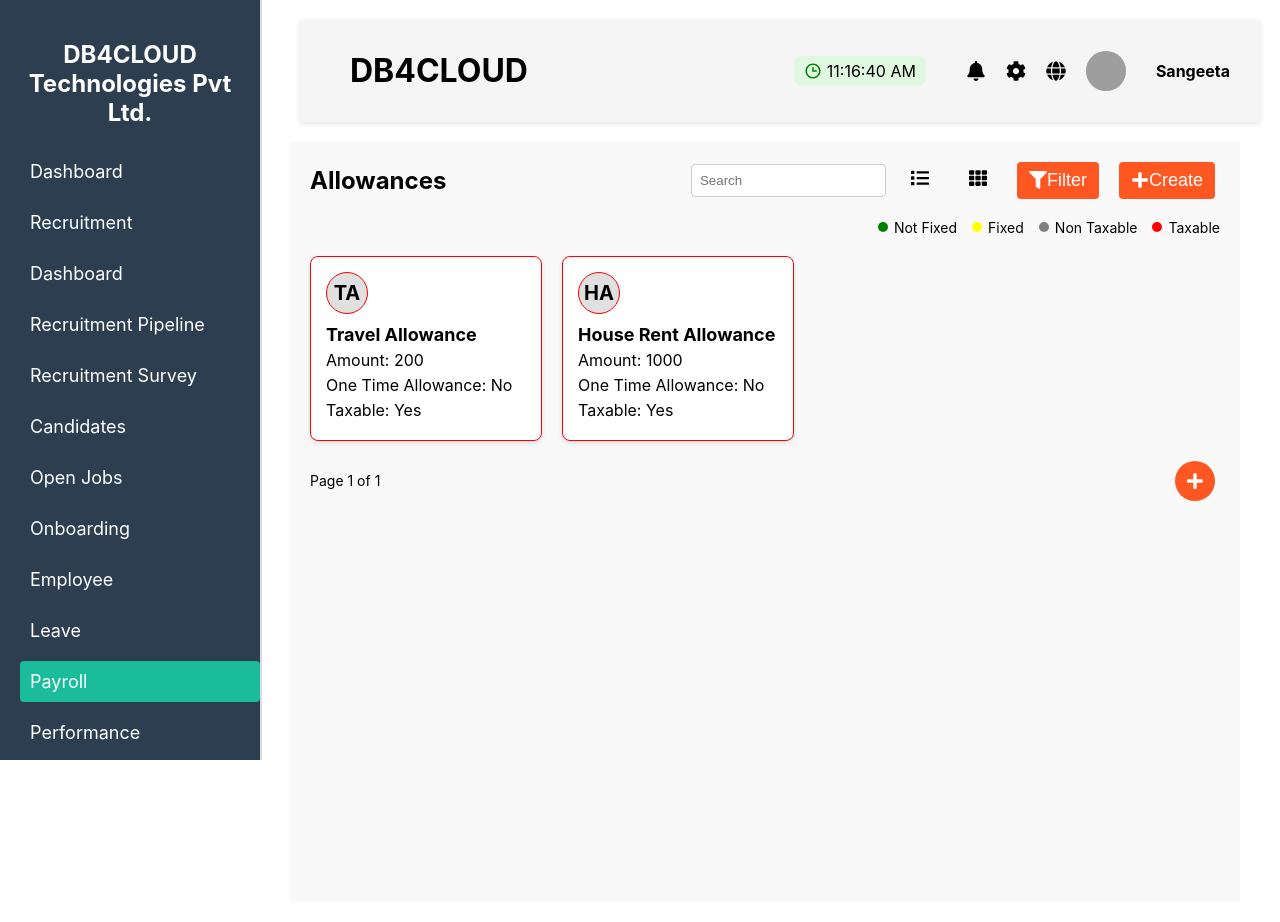
Repository: tinu-ns/Dev-code
Page: /payroll/allowances (app in HRMS-DEMO-Sang/hrms/)
The author's editor kept a copy of each file at every save. The page is drawn from the files as they stood at one save, then again after the next save.
The browser window is 1280 px wide. The pictures show the whole page.
Pictures or frames that could not be fetched are drawn as grey boxes. The project was rebuilt for these pictures with package versions that can differ from the ones it lists, and the page was loaded fresh each time. Also part of the build but not shown: HRMS-DEMO-Sang/hrms/src/components/Dashboard.js, HRMS-DEMO-Sang/hrms/src/components/Recruitment/RecruitmentDashboard.js, HRMS-DEMO-Sang/hrms/src/components/Recruitment/RecruitmentPipeline.js, HRMS-DEMO-Sang/hrms/src/components/Payroll/Contract.js, HRMS-DEMO-Sang/hrms/src/components/Payroll/Deductions.js, HRMS-DEMO-Sang/hrms/src/components/Payroll/Payslips.js, HRMS-DEMO-Sang/hrms/src/components/Payroll/PayrollDashboard.js, HRMS-DEMO-Sang/hrms/src/components/MainContent.css and 3 more.

Above is the page before, as saved 2024-11-06 16:34:56.

### HRMS-DEMO-Sang/hrms/src/App.js
import React from 'react';
import { BrowserRouter as Router, Route, Routes, Navigate } from 'react-router-dom';
import Sidebar from './components/Sidebar';
import Dashboard from './components/Dashboard';
import RecruitmentDashboard from './components/Recruitment/RecruitmentDashboard';
import RecruitmentPipeline from './components/Recruitment/RecruitmentPipeline';
import Allowances from './components/Payroll/Allowances';
import Contract from './components/Payroll/Contract';
import Deductions from './components/Payroll/Deductions';
import Payslips from './components/Payroll/Payslips';
import PayrollDashboard from './components/Payroll/PayrollDashboard';
import Header from './components/Header';
import MainContent from './components/MainContent';
import RightSidebar from './components/RightSidebar';

import './App.css';

function App() {
  return (
    <Router>
      <div className="app">
        <Sidebar />
        <div className="content-container">
          <Header />
          <div className="main-section">
            <Routes>
              {/* Main Dashboard Route */}
              <Route path="/" element={<><MainContent /><RightSidebar /></>} />
              <Route path="/dashboard" element={<Dashboard />} />

              {/* Recruitment Section */}
              <Route path="/recruitment/dashboard" element={<RecruitmentDashboard />} />
              <Route path="/recruitment/pipeline" element={<RecruitmentPipeline />} />

              {/* Payroll Section Routes */}
              <Route path="/payroll/payroll-dashboard" element={<PayrollDashboard />} />
              <Route path="/payroll/allowances" element={<Allowances />} />
              <Route path="/payroll/contract" element={<Contract />} />
              <Route path="/payroll/deductions" element={<Deductions />} />
              <Route path="/payroll/payslips" element={<Payslips />} />

              {/* Redirect unknown routes to main dashboard */}
              <Route path="*" element={<Navigate to="/" />} />
            </Routes>
          </div>
        </div>
      </div>
    </Router>
  );
}

export default App;

### HRMS-DEMO-Sang/hrms/src/components/Sidebar.js
import React, {useState} from "react";
import { NavLink } from "react-router-dom";

import "./Sidebar.css"
const Sidebar = () => {
  const [isPayrollOpen, setIsPayrollOpen] = useState(false);
  const togglePayrollMenu = () => {
    setIsPayrollOpen(!isPayrollOpen);
  };


  return (
    <div className="container">
    <div className="sidebar">
      <h2>DB4CLOUD Technologies Pvt Ltd.</h2>
      <ul className="sidebar-list">
      <li>
          <NavLink to="/dashboard" activeClassName="active">
            Dashboard
          </NavLink>
        </li>
        <li>
          <NavLink to="/recruitment" activeClassName="active">
            Recruitment
          </NavLink>
          <ul>
            <li><NavLink to="/recruitment/dashboard">Dashboard</NavLink></li>
            <li><NavLink to="/recruitment/pipeline">Recruitment Pipeline</NavLink></li>
            <li><NavLink to="/recruitment/survey">Recruitment Survey</NavLink></li>
            <li><NavLink to="/recruitment/candidates">Candidates</NavLink></li>
            <li><NavLink to="/recruitment/open-jobs">Open Jobs</NavLink></li>
          </ul>
        </li>
        {/* Add more items as needed */}
        <li>
          <NavLink to="/onboarding" activeClassName="active">
            Onboarding
          </NavLink>
        </li>
        <li>
          <NavLink to="/employee" activeClassName="active">
            Employee
          </NavLink>
        </li>
        <li>
          <NavLink to="/leave" activeClassName="active">
            Leave
          </NavLink>
        </li>
            {/* Payroll section */}
        <li>
          <NavLink to="/payroll" activeClassName="active" className="menu-toggle" onClick={togglePayrollMenu}>
            Payroll
          </NavLink>

          {isPayrollOpen && (
            <ul className="submenu">
              <li><NavLink to="/payroll/payroll-dashboard">Dashboard</NavLink></li>
              <li><NavLink to="/payroll/allowances">Allowances</NavLink></li>
              <li><NavLink to="/payroll/contract">Contracts</NavLink></li>
              <li><NavLink to="/payroll/deductions">Deductions</NavLink></li>
              <li><NavLink to="/payroll/payslips">Payslips</NavLink></li>
              <li><NavLink to="/payroll/payroll">Payroll</NavLink></li>
              <li><NavLink to="/payroll/loan-advance-salary">Loan / Advance Salary</NavLink></li>
              <li><NavLink to="/payroll/encashments-reimbursements">Encashments & Reimbursements</NavLink></li>
              <li><NavLink to="/payroll/federal-tax">Federal Tax</NavLink></li>
            </ul>
          )}
        </li>
        <li>
          <NavLink to="/performance" activeClassName="active">
            Performance
          </NavLink>
        </li>
        <li>
          <NavLink to="/offboarding" activeClassName="active">
            Offboarding
          </NavLink>
        </li>
        <li>
          <NavLink to="/assets" activeClassName="active">
            Assets
          </NavLink>
        </li>
        <li>
          <NavLink to="/help-desk" activeClassName="active">
            Help Desk
          </NavLink>
        </li>
        <li>
          <NavLink to="/configuration" activeClassName="active">
            Configuration
          </NavLink>
        </li>
      </ul>
    </div>

    </div>
  );
};

export default Sidebar;

### HRMS-DEMO-Sang/hrms/src/components/Header.js
import React, {useState,useEffect} from 'react'
import {FaBell, FaCog, FaGlobe, FaSignOutAlt} from 'react-icons/fa'
import {BiTime} from 'react-icons/bi'
import './Header.css'

const Header = () => {
    const [currentTime, setCurrentTime] = useState('')
    const [showDropdown, setShowDropdown] = useState(false);

    const getCurrentTime = () => {
        const now = new Date()
        return now.toLocaleTimeString()   // Returns time as HH:MM:SS
    }

// Update time every second
useEffect(() => {
    const timer = setInterval(() => {
      setCurrentTime(getCurrentTime());
    }, 1000); // Update every 1000ms (1 second)

    // Cleanup interval on component unmount
    return () => clearInterval(timer);
  }, []); // Empty dependency array to run only on mount/unmount


    const toggleDropdown = () => {
        setShowDropdown(!showDropdown)
    }


  return (
    <header className='bg-container'>
      <div className='header'>
        <div className="header-left">
        <button className='menu-button'></button>
        <h1>DB4CLOUD</h1>
        </div>

        <div className="header-right">
          {/*  <p>You cannot mark attendence from this network</p> */}

                {/* Time display*/ }
                <div className="time-box">
                    <BiTime className='time-icon' />
                    <span>{currentTime}</span>
                </div>

                {/*Icons for notificatins, settings, etc. */}
                <FaBell className='icon' title='Notifications' />
                <FaCog className="icon" title="Settings" />
                <FaGlobe className='icon' title='Language' />

                {/* User Profile with dropdown*/ }

                <div className="user-profile" onClick={toggleDropdown}>
                    <div className="user-avatar">
                    < img src="https://th.bing.com/th/id/OIP.Pgv1PargHCECE7gCB5kJ-wHaKx?rs=1&pid=ImgDetMain"
                alt="user-Avatar" className="avatar" />
                    </div>
                    <span className="user-name">Sangeeta</span>

{showDropdown && (
    <div className="dropdown">
        <ul>
            <li>Profile</li>
            <li>Setting</li>
            <li>
                <FaSignOutAlt /> Logout
            </li>
        </ul>
    </div>
)}

</div>

     {  /*      <div className="user-info">
                <span className='user-name'>Shalu</span>
                < img src="https://th.bing.com/th/id/OIP.Pgv1PargHCECE7gCB5kJ-wHaKx?rs=1&pid=ImgDetMain"
                alt="user-Avatar" className="avatar" />
            </div>
            */ }
        </div>


      </div>

    </header>
  )
}

export default Header

### HRMS-DEMO-Sang/hrms/src/App.css
.app{
  display: flex;
  height: 100vh;
  background-color: #f4f4f4;
}

.content-container{
  flex-grow: 1;
  padding: 20px;
  background-color: #fff;
  margin-left: 200px;
  display: flex;
  flex-direction: column;

}

.main-section{
  display: flex;
  justify-content: space-between;
  padding: 20px;
}


.sidebar {
  width: 220px;
  background-color: #2c3e50;
  position: fixed;
  height: 100vh;
}

### HRMS-DEMO-Sang/hrms/src/components/Sidebar.css
 .container{
    display: flex;
    height: 100vh;
    margin-right: 50px;
}

/*
.content{
    flex-grow: 1;
    padding: 20px;
    padding-left: 50px;

}  */

.sidebar {
    width: 220px;
    height: 100vh;
    background-color: #503f2c;
    padding: 20px;
    color: white;
    height: 100vh;
    position: fixed;
    border-right: 2px solid #ddd;
    overflow-y: auto;        /* Allows vertical scrolling */
    position: fixed;
    margin-right: 200px;        /* Keeps sidebar fixed on the left side */

  }



  .sidebar h2{
    text-align: center;
    margin-bottom: 30px;
    font-size: 24px;
  }

  .sidebar-list{
    list-style-type: none;
    padding: 0;
  }


  .sidebar-list li{
    margin-bottom: 15px;
  }

  .sidebar-list li a {
    color: white;
    text-decoration: none;
    font-size: 18px;
    padding: 10px;
    border-radius: 4px;
    display: block;
  }

  .sidebar-list li a:hover{
    color: #1abc9c;
  }

  .sidebar-list li a.active{
    background-color: #1abc9c;
    color: white;
  }

  .sidebar {
    width: 250px;
    background-color: #2E3A46;
    color: #FFF;
    padding: 20px;
    height: 100vh;
  }

  .sidebar h2 {
    font-size: 1.5em;
    margin-bottom: 1em;
  }

  .sidebar ul {
    list-style: none;
    padding: 0;
  }

  .sidebar li {
    margin: 10px 0;
  }

  .sidebar li ul {
    margin-top: 5px;
  }

  .sidebar a {
    color: #FFF;
    text-decoration: none;
  }

  .sidebar a:hover {
    text-decoration: underline;
  }

  .sidebar a.active {
    color: #20c997;
  }

  .sidebar ul li a:hover, .menu-toggle:hover {
    background-color: #34495e;
  }

  .menu-toggle {
    background: none;
    border: none;
    color: #ecf0f1;
    font-size: 1rem;
    text-align: left;
    cursor: pointer;
    width: 100%;
    padding: 10px;
  }

  .submenu {
    list-style-type: none;
    padding-left: 20px;
  }

  .submenu li a {
    padding-left: 20px;
    font-size: 0.9rem;
  }

### HRMS-DEMO-Sang/hrms/src/components/Recruitment/RecruitmentPipeline.css
.pipeline-container {
    padding: 20px;
    background-color: #f5f5f5;
    border-radius: 8px;
  }

  .pipeline-section {
    margin-top: 20px;
  }

  .pipeline-section h3 {
    background-color: #f8f9fa;
    padding: 10px;
    border-left: 5px solid #ffa500;
  }

  .recruitment-table {
    width: 100%;
    border-collapse: collapse;
  }

  .recruitment-table th,
  .recruitment-table td {
    padding: 10px;
    border-bottom: 1px solid #ddd;
    text-align: left;
  }

  .recruitment-table th {
    background-color: #f1f1f1;
  }

  button {
    padding: 5px 10px;
    margin: 0 5px;
    border: none;
    border-radius: 4px;
    cursor: pointer;
  }

  button:hover {
    background-color: #ddd;
  }

### HRMS-DEMO-Sang/hrms/src/components/Payroll/Allowances.css
.allowances-container {
    padding: 20px;
    background-color: #f9f9f9;
    width: 100%;
    height: 100vh;
  }

  .allowances-header {
    display: flex;
    justify-content: space-between;
    align-items: center;
    margin-bottom: 20px;
  }

  .allowances-header h2 {
    margin: 0;
    font-size: 24px;
  }

  .controls {
    display: flex;
    align-items: center;
    gap: 10px;
  }

  .search-input {
    padding: 8px;
    border: 1px solid #ccc;
    border-radius: 4px;
  }

  .view-toggle, .filter-btn, .create-btn {
    background: none;
    border: none;
    font-size: 18px;
    cursor: pointer;
  }

  .filter-btn, .create-btn {
    display: flex;
    align-items: center;
    padding: 8px 12px;
    background-color: #ff5722;
    color: white;
    border-radius: 4px;
    cursor: pointer;
  }

  .status-indicators {
    display: flex;
    gap: 15px;
    font-size: 14px;
    margin-top: 10px;
    margin-bottom: 20px;
    justify-content: end;
  }

  .dot {
    display: inline-flex;
    align-items: center;
  }

  .dot::before {
    content: '';
    display: inline-block;
    width: 10px;
    height: 10px;
    margin-right: 6px;
    border-radius: 50%;
  }

  .not-fixed::before {
    background-color: green;
  }

  .fixed::before {
    background-color: yellow;
  }

  .non-taxable::before {
    background-color: gray;
  }

  .taxable::before {
    background-color: red;
  }

  .card-view {
    display: flex;
    gap: 20px;
    flex-wrap: wrap;

  }

  .allowance-card {
    background: white;
    border: 1px solid #ddd;
    border-radius: 8px;
    padding: 15px;
    width: 200px;
    box-shadow: 0 2px 5px rgba(0, 0, 0, 0.1);
    border: 1px solid red;
  }

  .card-icon {
    font-size: 20px;
    font-weight: bold;
    background: #e0e0e0;
    width: 40px;
    height: 40px;
    display: flex;
    align-items: center;
    justify-content: center;
    border-radius: 50%;
    margin-bottom: 10px;
    border: 1px solid red;
  }

  .card-content h3 {
    margin: 0;
    font-size: 18px;
  }

  .card-content p {
    margin: 5px 0;
  }

  .list-view {
    background: white;
    border-radius: 8px;
    overflow: hidden;
    box-shadow: 0 2px 5px rgba(0, 0, 0, 0.1);
  }

  table {
    width: 100%;
    border-collapse: collapse;
  }

  table th, table td {
    padding: 12px;
    text-align: left;
    border-bottom: 1px solid #ddd;
  }

  .edit-btn, .delete-btn {
    background: none;
    border: none;
    cursor: pointer;
    font-size: 16px;
    margin-right: 8px;
  }

  .edit-btn {
    color: #007bff;
  }

  .delete-btn {
    color: #ff5722;
  }

  .footer {
    display: flex;
    justify-content: space-between;
    align-items: center;
    padding-top: 20px;
  }

  .footer span {
    font-size: 14px;
  }

  .add-btn {
    background-color: #ff5722;
    color: white;
    font-size: 18px;
    width: 40px;
    height: 40px;
    border: none;
    border-radius: 50%;
    display: flex;
    align-items: center;
    justify-content: center;
    cursor: pointer;
  }

### HRMS-DEMO-Sang/hrms/src/components/Payroll/PayrollDashboard.css
/* PayrollDashboard.css */
.payroll-dashboard {
  padding: 20px;
}

.status-containers {
  display: flex;
  justify-content: space-between;
  margin-bottom: 20px;
}

.status-container {
  background-color: #f0f0f0;
  border: 1px solid #ccc;
  padding: 10px;
  text-align: center;
  width: 18%;
}

.paid {
  background-color: #d4edda;
}
.confirmed {
  background-color: #cce5ff;
}
.review {
  background-color: #fff3cd;
}
.draft {
  background-color: #f8d7da;
}


.export-buttons {
  display: flex;
  gap: 10px;
  padding: 10px;
  text-align: center;
  cursor: pointer;
  width: 100px;


}

.export{
    color: #28a745;
    font-size: 15px;
    padding: 10px 15px;
    font-weight: 700;
    cursor: pointer;
    font-size: 15px;
    background-color:  #e3e8eb;
    border-radius: 5px;
    border: none;
}

.export:hover {
    background-color: rgb(152, 225, 152);
  }

.export-form {
  margin-top: 20px;
  border: 1px solid #ccc;
  padding: 20px;
  background-color: #f9f9f9;
  border: 1px solid #ccc;
  border-radius: 5px;
  width: 40%;
  display: flex;
  flex-direction: column;
  box-shadow: 0px 4px 8px rgba(0, 0, 0, 0.1);
}

.form-row {
    display: flex;
    gap: 20px;
    margin-bottom: 10px;
  }

  .form-group {
    display: flex;
    flex-direction: column;
    flex: 1;
  }

  .form-group label {
    margin-bottom: 5px;
    font-size: 14px;
    color: #333;
    font-weight: bold;
  }

.export-form label {
  display: block;
  margin-bottom: 10px;
}

.export-form input,
.export-form select {
    padding: 8px;
  border: 1px solid #ccc;
  border-radius: 5px;
}

.export-form button {
  margin-top: 10px;
  padding: 10px;
  background-color: #28a745;
  color: white;
  border: none;
  cursor: pointer;
}

.submit-button:hover {
    background-color: #218838;
  }

.status {
  display: flex;
  justify-content: space-around;
  gap: 20px;
}

.status-item {
  background-color: #f5f5f5;
  padding: 20px;
  width: 200px;
  text-align: center;
  border-radius: 8px;
  margin-bottom: 20px;
  box-shadow: 0px 4px 8px rgba(0, 0, 0, 0.1);
  border-top: 1px solid green;
}

.row-container {
  display: flex;
  align-items: center;
  justify-content: space-between; /* Space between calendar and export button */
  margin-bottom: 20px;
  background-color: #d4edda;
  text-align: center;
  align-self: center;


}

.calendar-container {
    margin-bottom: 20px;
  }


.date-selector {
  display: flex;
  flex-direction: row;
  padding: 10px;
}

.date-selector label {
  font-size: 14px;
  margin-bottom: 5px;
  margin-right: 10px;
  color: rgb(121, 5, 5);
  font-weight: bold;
  text-align: center;
}

.date-selector input[type="month"] {
  padding: 5px;
  border: 1px solid #ccc;
  border-radius: 5px;
  box-shadow: 0px 4px 8px rgba(0, 0, 0, 0.1);
}

.dashboard-content {
  display: grid;
  grid-template-columns: 1fr 1fr;
  gap: 20px;
}

.employee-payslips,
.contributions,
.contracts-ending,
.department-chart {
  background-color: #ffffff;
  border: 1px solid #e0e0e0;
  border-radius: 8px;
  padding: 20px;
}

.employee-payslips h3,
.contributions h3,
.contracts-ending h3,
.department-chart h3 {
  font-size: 16px;
  color: #333333;
  margin-bottom: 10px;
  text-align: center;
  padding-bottom: 10px;
}

.payslip-chart,
.chart-placeholder {
  height: 200px;
  background-color: hsl(335, 23%, 90%);
  border-radius: 8px;
  display: flex;
  align-items: center;
  justify-content: center;
}


.payslip-chart {
    height: 300px;
    border-radius: 8px;
    display: flex;
    align-items: center;
    justify-content: center;
    padding: 10px;
  }

  .contributions {
    margin-top: 20px;
  }


.employee-dropdown {
  width: 100%;
  padding: 8px;
  margin-bottom: 20px;
  border: 1px solid #ccc;
  border-radius: 5px;
}

table {
  width: 100%;
  border-collapse: collapse;
  margin-top: 10px;
}

th,
td {
  padding: 8px;
  text-align: left;
  border-bottom: 1px solid #ddd;
}

.avatar {
    display: inline-flex;
    align-items: center;
    justify-content: center;
    width: 30px;
    height: 30px;
    border-radius: 50%;
    background-color: #007bff;
    color: white;
    font-weight: bold;
    margin-right: 8px;
    font-size: 14px;
}

.no-contracts {
  text-align: center;
  color: #777;
  font-style: italic;
}

.department-chart {
    background-color: #ffffff;
    border: 1px solid #e0e0e0;
    border-radius: 8px;
    padding: 20px;
    text-align: center;
  }

  .department-chart h3 {
    font-size: 16px;
    color: #333333;
    margin-bottom: 10px;
  }

  .department-chart canvas {
    max-width: 300px; /* Adjust size if needed */
    margin: 0 auto;
  }

  .contracts-ending {
    background-color: #ffffff;
    border: 1px solid #e0e0e0;
    border-radius: 8px;
    padding: 20px;
    box-shadow: 0px 4px 8px rgba(0, 0, 0, 0.1);
    margin-bottom: 20px;
  }

  .contracts-header {
    display: flex;
    flex-direction: column;
    align-items: flex-start;
    margin-bottom: 15px;
  }

  .contracts-header h3 {
    font-size: 16px;
    color: #333333;
    margin: 0;
  }

  .contract-count {
    color: #888;
    font-size: 14px;
  }

  .contract-list {
    display: flex;
    flex-direction: column;
    gap: 10px;
  }

  .contract-item {
    display: flex;
    align-items: center;
    gap: 10px;
    padding: 10px;
    background-color: #f5f5f5;
    border-radius: 6px;
    transition: background-color 0.3s ease;
  }

  .contract-item:hover {
    background-color: #e8f8ff;
  }

  .contract-circle {
    width: 40px;
    height: 40px;
    background-color: #007bff;
    color: #ffffff;
    font-weight: bold;
    display: flex;
    align-items: center;
    justify-content: center;
    border-radius: 50%;
    font-size: 14px;
  }

  .contract-details {
    display: flex;
    flex-direction: column;
  }

  .employee-name {
    font-weight: 600;
    color: #333;
  }

  .contract-date {
    font-size: 13px;
    color: #555;
  }

### HRMS-DEMO-Sang/hrms/src/components/Header.css
.bg-container{
  padding-left: 30px;

}

.header {
    background-color: #f5f5f5;
    padding: 10px 20px;
    display: flex;
    justify-content: space-between;
    align-items: center;
    box-shadow: 0px 2px 5px rgba(0, 0, 0, 0.1);
  }

  .header-left {
    display: flex;
    align-items: center;
  }

  .menu-button {
    font-size: 24px;
    background: none;
    border: none;
    cursor: pointer;
  }

  .h1{
    margin-left: 15px;
    font-size: 24px;
    color: red! important ;
  }

  .header-right{
    display: flex;
    align-items: center;
  }

  .icon{
    margin-left: 20px;
    font-size: 20px;
    cursor: pointer;
  }

  .time-box {
    display: flex;
    align-items: center;
    background-color: #e0f7e0;
    padding: 5px 10px;
    border-radius: 8px;
    margin-right: 20px;
  }

  .time-icon {
    margin-right: 5px;
    font-size: 18px;
    color: green;
  }

  .user-profile{
    display: flex;
    align-items: center;
    cursor: pointer;
    position: relative;
  }

  .user-avatar{
    padding: 20px;
  }

  .avatar{
    width: 40px;
    height: 40px;
    background-color: #d4d4d4;
    border-radius: 50%;
    display: flex;
    justify-content: center;
    align-items: center;
    font-size: 18px;
    color: white;
    margin-right: 10px;

  }

  .user-name{
    font-weight: bold;
  }

  .dropdown{
    position: absolute;
    top: 50px;
    right: 0;
    background-color: #fff;
    box-shadow: 0px 2px 8px rgba(0, 0, 0, 0.1);
    border-radius: 5px;
    z-index: 100;
  }

  .dropdown ul {
    list-style-type: none;
    padding: 10px;
    margin: 0;
  }

  .dropdown ul li {
    padding: 10px 15px;
    cursor: pointer;
  }

  .dropdown ul li:hover {
    background-color: #f5f5f5;
  }

  .user-info {
    display: flex;
    align-items: center;
  }

  .user-name {
    margin-right: 10px;
  }

Loaded but not shown: HRMS-DEMO-Sang/hrms/public/index.html (common file); HRMS-DEMO-Sang/hrms/src/index.js (common file); HRMS-DEMO-Sang/hrms/src/index.css (common file); HRMS-DEMO-Sang/hrms/src/reportWebVitals.js (common file); HRMS-DEMO-Sang/hrms/src/components/Payroll/Allowances.js (129 lines, source omitted)

After the next save:
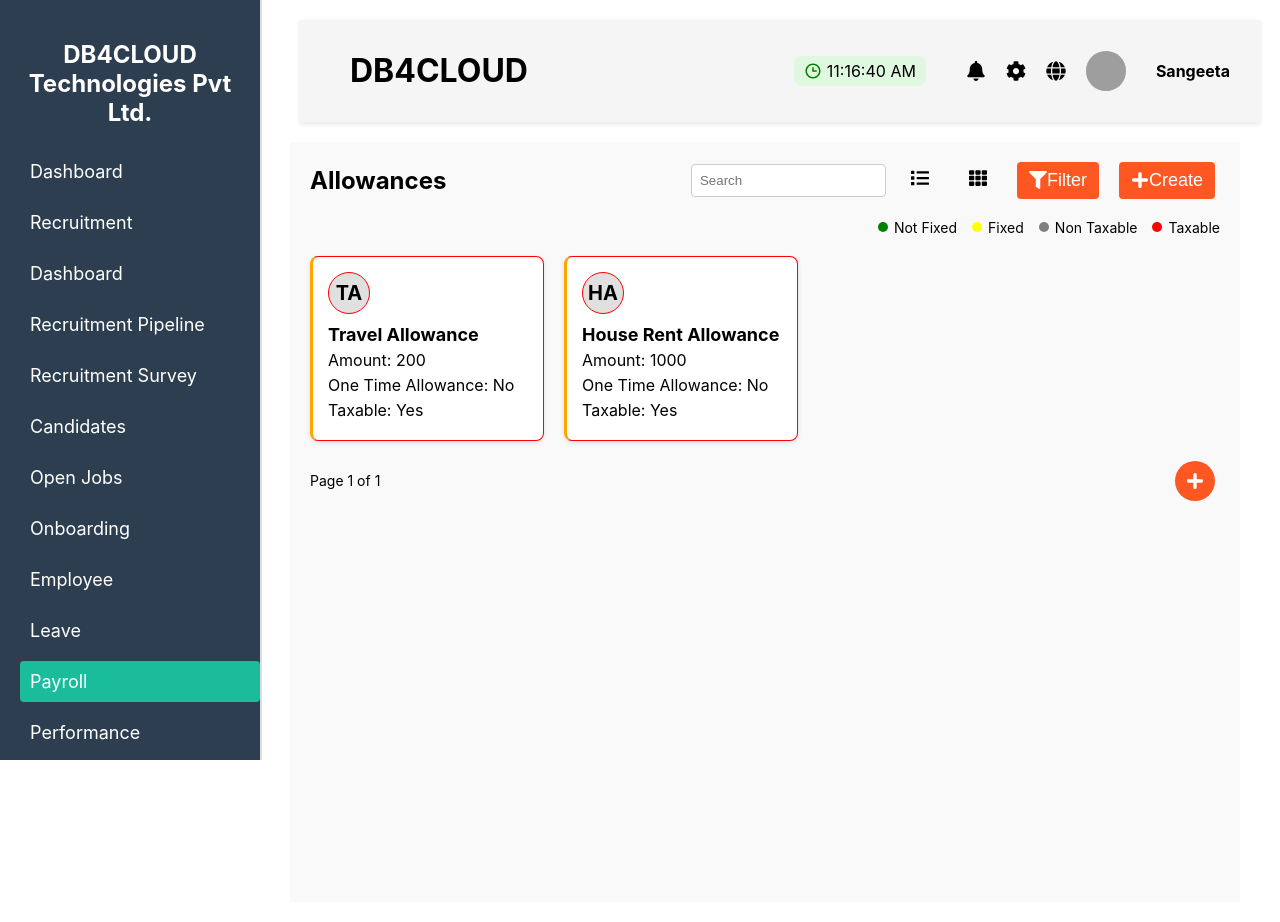
Saved 30 s later.
--- a/HRMS-DEMO-Sang/hrms/src/components/Payroll/Allowances.css
+++ b/HRMS-DEMO-Sang/hrms/src/components/Payroll/Allowances.css
@@ -100,6 +100,7 @@
     width: 200px;
     box-shadow: 0 2px 5px rgba(0, 0, 0, 0.1);
     border: 1px solid red;
+    border-left: 3px solid rgb(255, 165, 0);
   }
 
   .card-icon {
